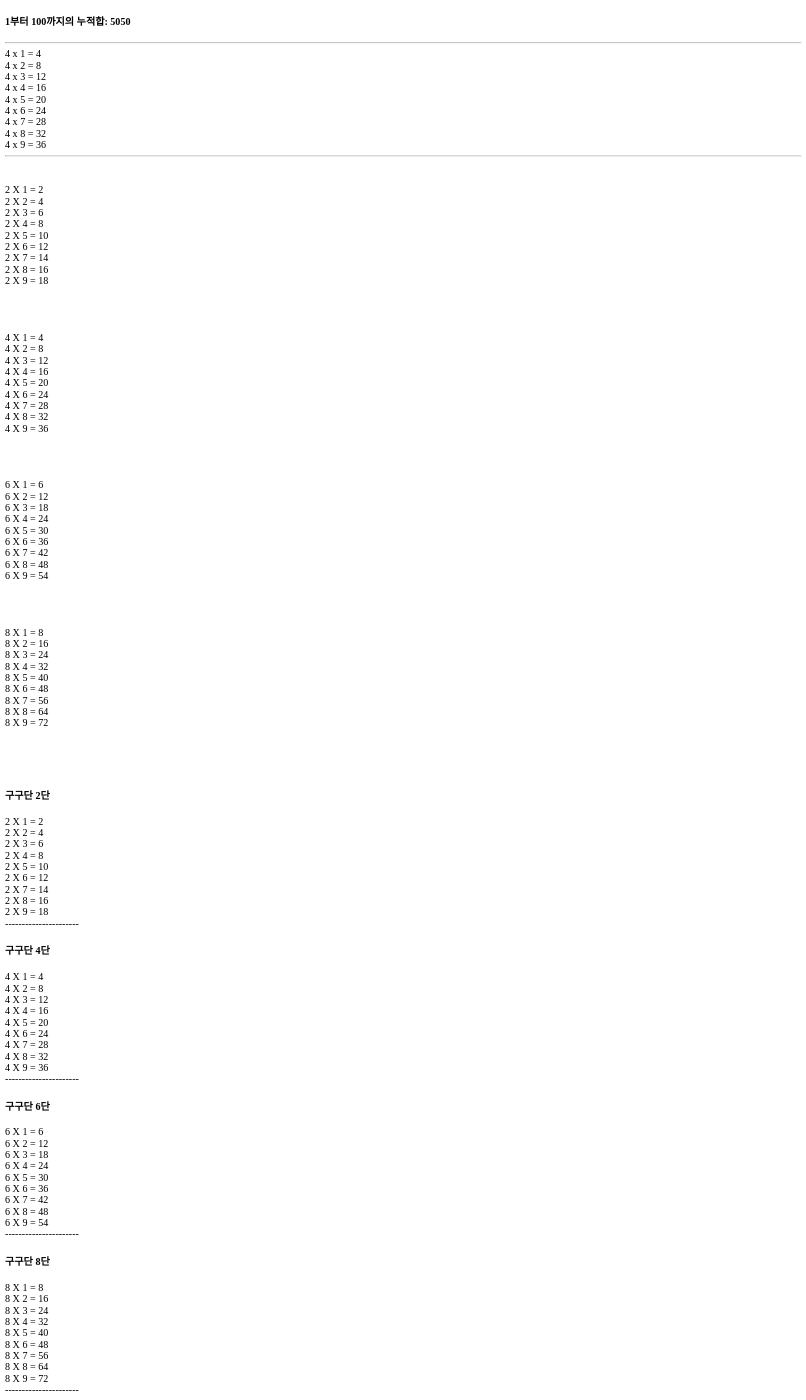
Repository: Baekdusan-baekho/jsp_practice
Page: http://localhost/JspBasic/JSTL/jstl_foreach.jsp
The author's editor kept a copy of each file at every save. The page is drawn from the files as they stood at one save, then again after the next save.
The browser window is 1280 px wide. The pictures show the whole page, at 63% of full size.
The page is served by Tomcat 9.

Above is the page before, as saved 2023-09-12 06:05:13.

After the next save:
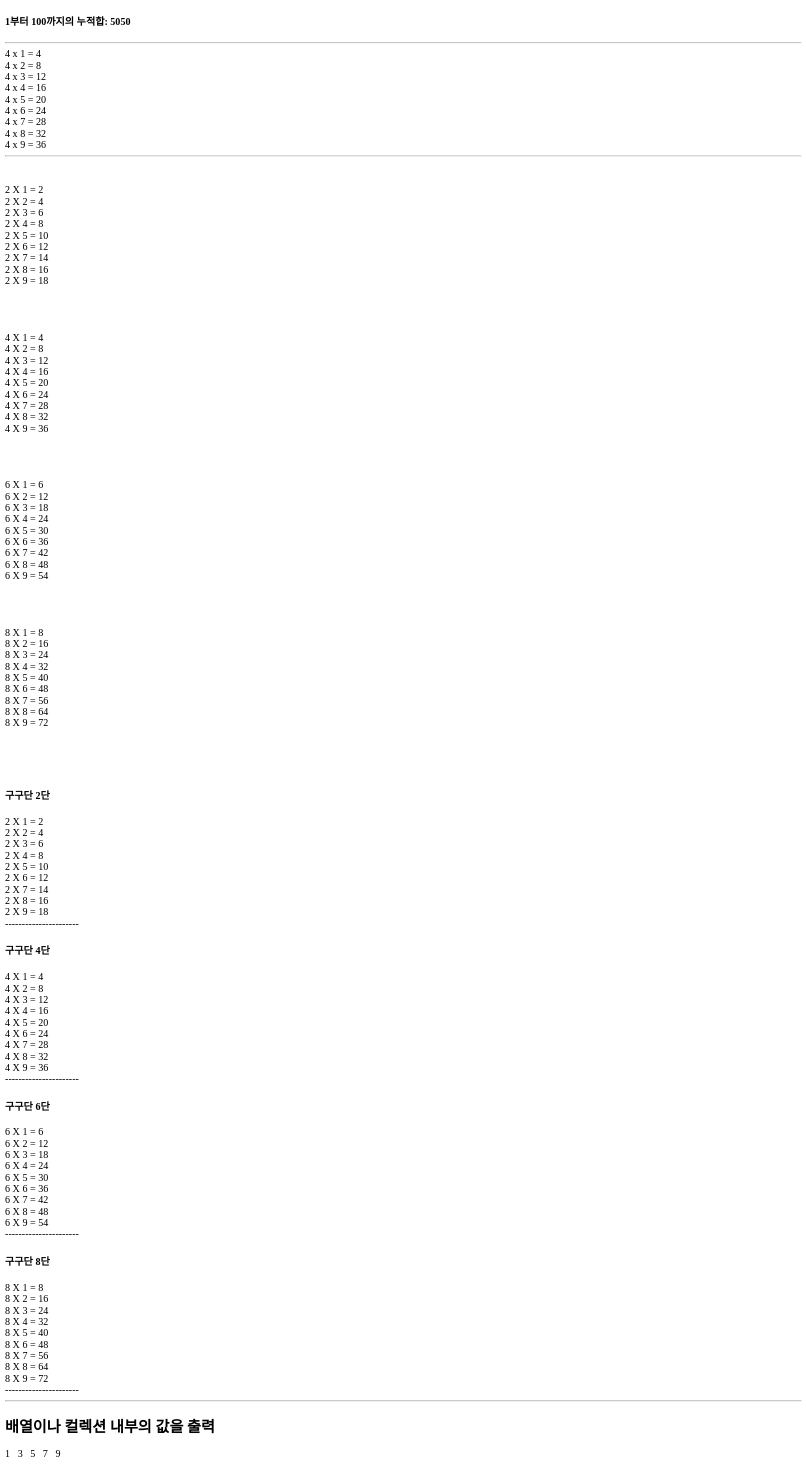
Saved 5 min 19 s later.
--- a/JspBasic/src/main/webapp/JSTL/jstl_foreach.jsp
+++ b/JspBasic/src/main/webapp/JSTL/jstl_foreach.jsp
@@ -56,12 +56,10 @@
 					${dan } X ${hang } = ${dan * hang }<br>
 				</c:when>
 			</c:choose>
+		</c:forEach><br><br>
+	</c:forEach>
 
 
-		</c:forEach><br><br>
-
-
-	</c:forEach>
 
 	<c:forEach var="dan" begin="2" end="9">
 		<c:if test="${dan % 2 == 0 }">
@@ -72,6 +70,21 @@
 			${'----------------------' }
 		</c:if>
 	</c:forEach>
+
+
+	<hr>
+
+	<h2>배열이나 컬렉션 내부의 값을 출력</h2>
+
+	<c:set var="arr" value="<%=new int[] {1, 3, 5, 7, 9} %>" />
+
+	<c:forEach var="n" items="${arr }">
+		${n } &nbsp;
+	</c:forEach>
+
+
+
+
 
 
 
